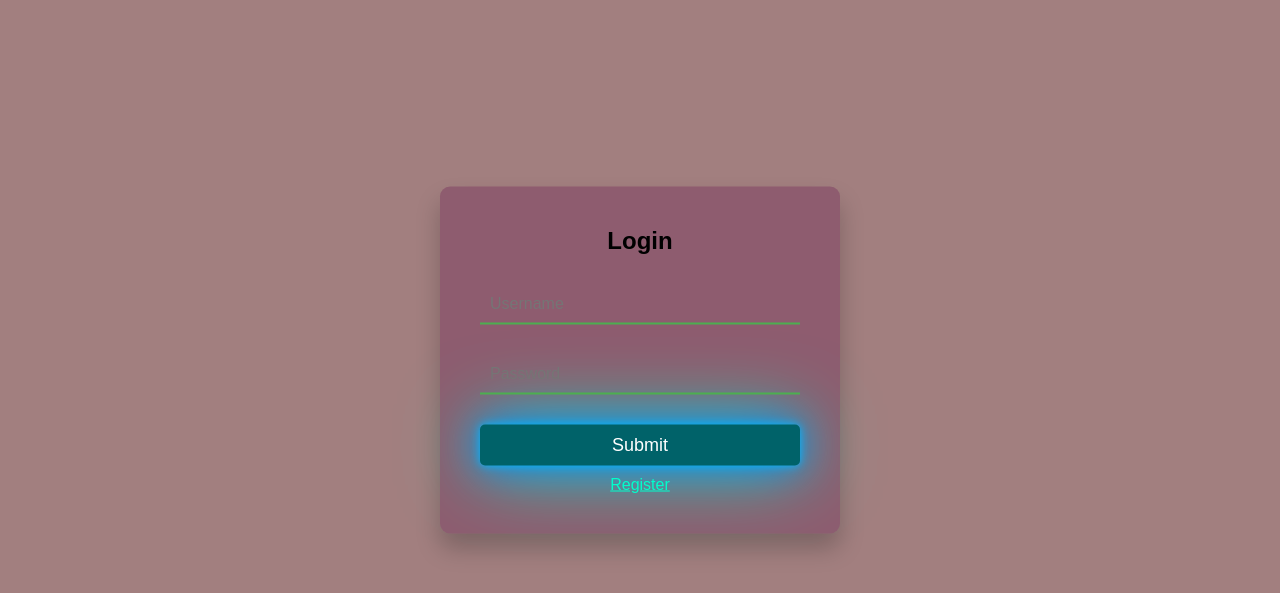
Repository: SRBshakib/Safe-Food---DBMS-project
Page: Organaization/login.html
These files come from the project's save history. The page is drawn as it stood at one moment and after the next save; the edit follows.
The browser window is 1280 px wide. The pictures show the whole page.
The pointer rests on the first visible `.btn`.

Above is the page before, as saved 2024-11-10 21:59:03.

### Organaization/login.html
<!DOCTYPE html>
<html lang="en">
<head>
    <meta charset="UTF-8">
    <meta name="viewport" content="width=device-width, initial-scale=1.0">
    <title>Welcome to our organization</title>
    <link rel="stylesheet" href="style_login.css"> <!-- Link to the CSS file -->
</head>
<body>
    <div class="login-box">
        <h2>Login</h2>
        <form>
            <div class="textbox">
                <input type="text" placeholder="Username" required>
            </div>
            <div class="textbox">
                <input type="password" placeholder="Password" required>
            </div>
            <button type="submit" class="btn">Submit</button>
            <p class="register">Register</p>
        </form>
    </div>
</body>
</html>

### Organaization/style_login.css

*{

    margin: 0;
    padding: 0;
    box-sizing: border-box;
    font-family: Arial, sans-serif;
}

body {
    display: flex;
    justify-content: center;
    align-items: center;
    height: 100vh;
    background-color: #46000080;
    color: rgb(0, 0, 0);
}

.login-box {
    position: absolute;
    top: 50%;
    left: 50%;
    width: 400px;
    padding: 40px;
    transform: translate(-50%, -50%);
    background: rgba(94, 7, 72, 0.281);
    box-shadow: 0 15px 25px rgba(0, 0, 0, 0.219);
    border-radius: 10px;
    text-align: center;
}

.login-box h2 {
    margin-bottom: 30px;
}

.textbox {
    position: relative;
    margin-bottom: 30px;
    border-bottom: 2px solid #4caf50;
}

.textbox input {
    width: 100%;
    padding: 10px;
    font-size: 16px;
    background: none;
    border: none;
    outline: none;
    color: #fff;
}

.btn {
    display: inline-block;
    width: 100%;
    padding: 10px;
    background: #4caf50;
    border: none;
    outline: none;
    color: #fff;
    font-size: 18px;
    cursor: pointer;
    border-radius: 5px;
    transition: background 0.3s, box-shadow 0.3s;
}

.btn:hover {
    background: #006269;
    box-shadow: 0 0 10px #00b7ff, 0 0 40px #008cff, 0 0 80px #00ffcc;
}

.register {
    color: #00ffcc;
    cursor: pointer;
    margin-top: 10px;
    text-decoration: underline;
}

After the next save:
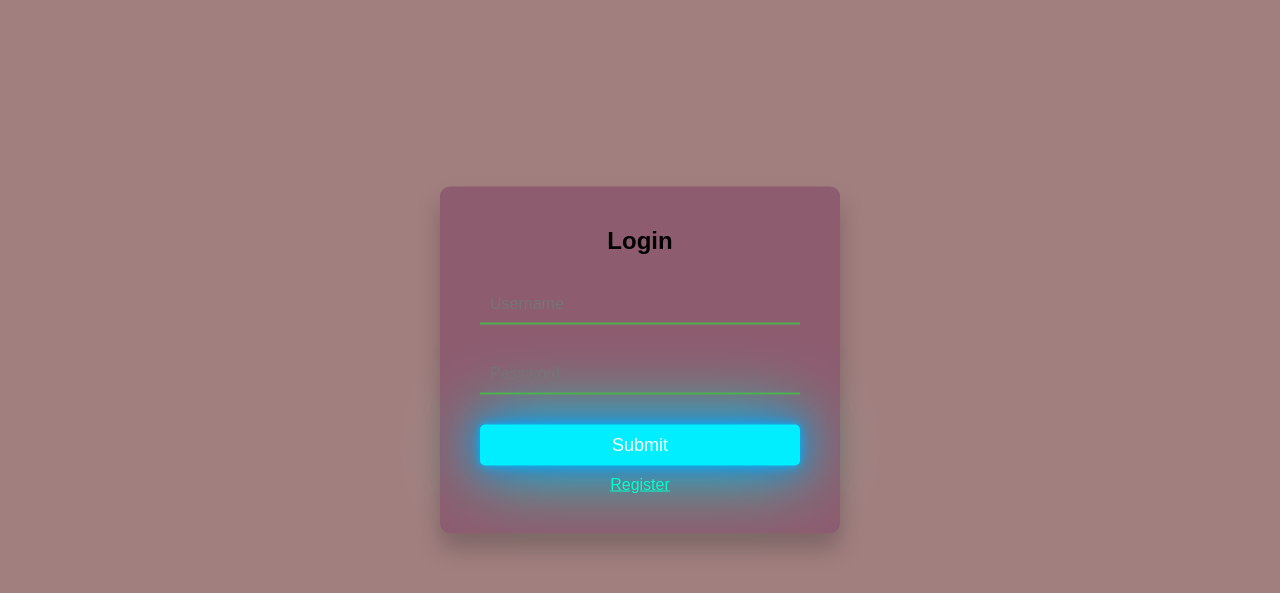
Saved 7 s later.
--- a/Organaization/style_login.css
+++ b/Organaization/style_login.css
@@ -64,7 +64,7 @@ body {
 }
 
 .btn:hover {
-    background: #006269;
+    background: #00eeff;
     box-shadow: 0 0 10px #00b7ff, 0 0 40px #008cff, 0 0 80px #00ffcc;
 }
 
